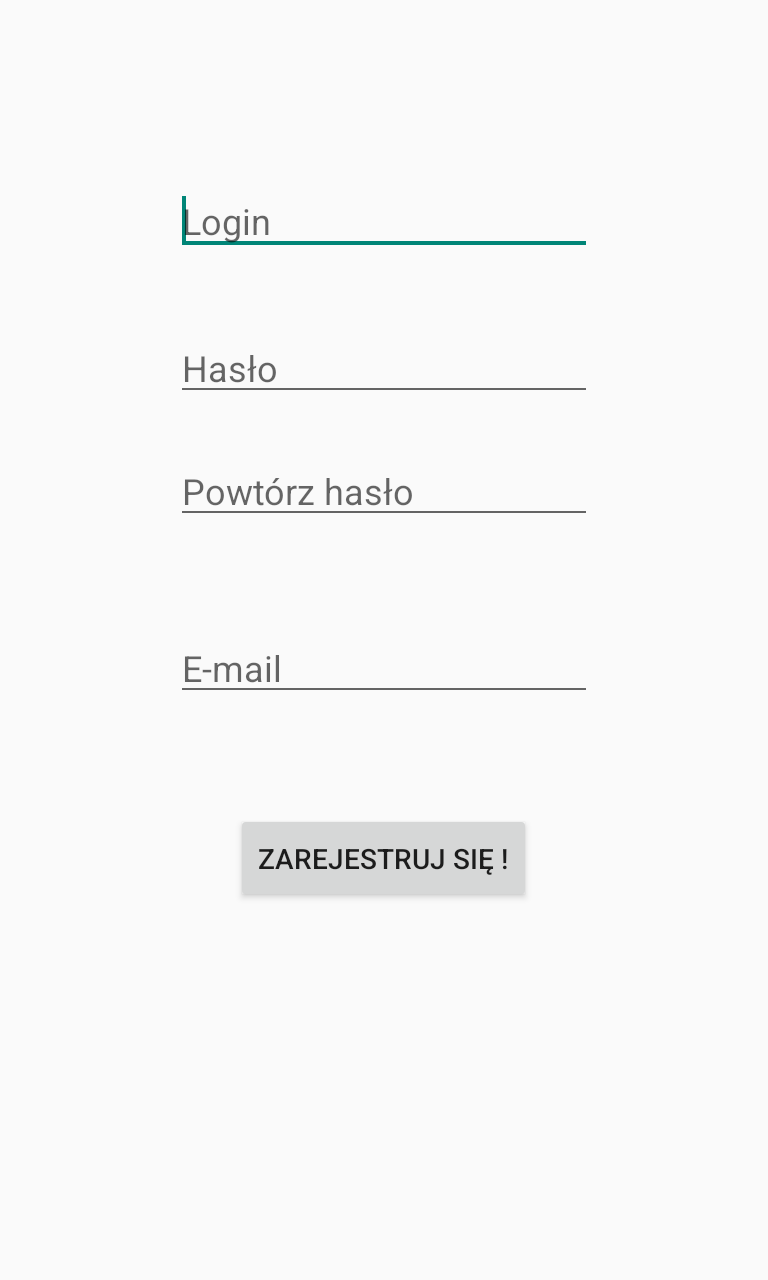
Repository: Radioaktywny/MaciekJava
Layout: ZnajdzTo/res/layout/activity_druga_aktywnosc.xml
The author's editor kept a copy of each file at every save. The layout is drawn from the files as they stood at one save, then again after the next save.
It is drawn on a 768 x 1280 px phone screen (xhdpi) without system bars, with theme AppTheme; the app's code is not run.

Above is the layout before, as saved 2015-10-16 13:30:46.

After the next save:
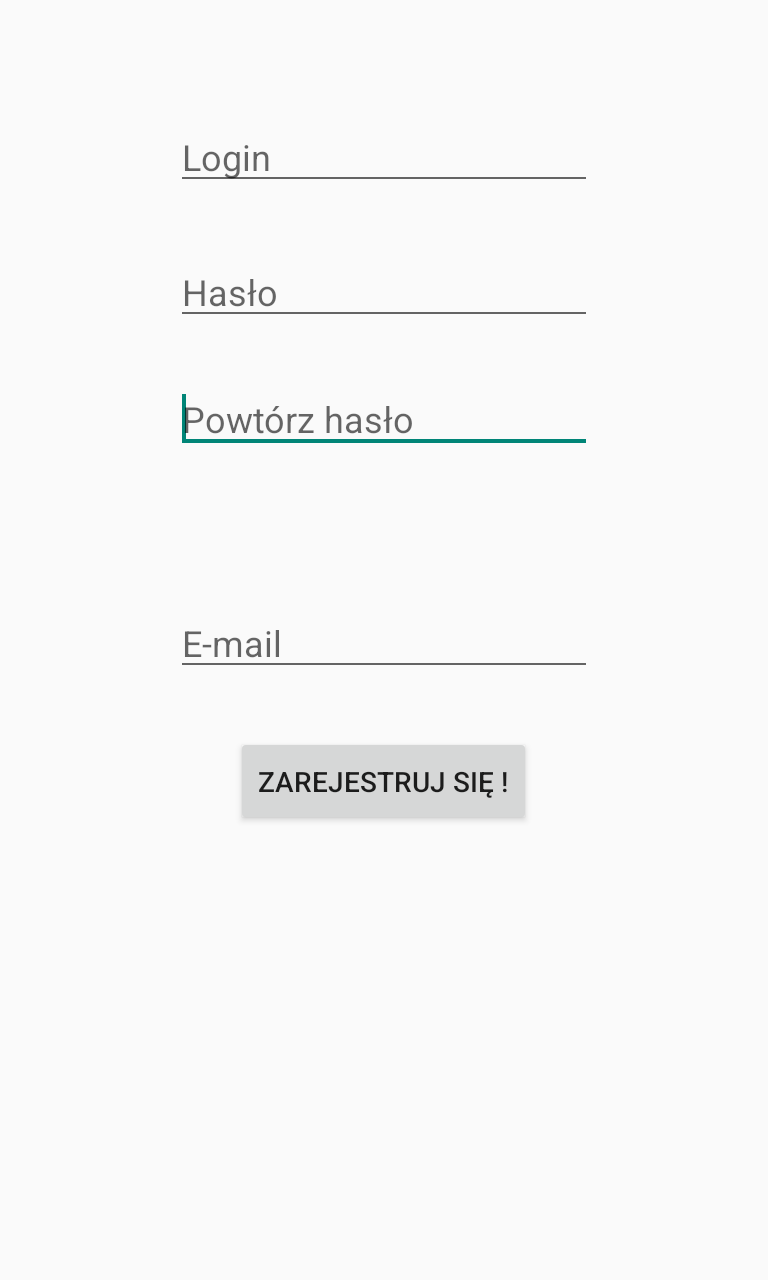
Saved 3 min 34 s later.
--- a/ZnajdzTo/res/layout/activity_druga_aktywnosc.xml
+++ b/ZnajdzTo/res/layout/activity_druga_aktywnosc.xml
@@ -14,12 +14,20 @@
         android:layout_height="wrap_content"
         android:layout_alignParentTop="true"
         android:layout_centerHorizontal="true"
-        android:layout_marginTop="72dp"
+        android:layout_marginTop="40dp"
         android:ems="10"
-        android:hint="@string/login" >
+        android:hint="@string/login" />
 
-        <requestFocus />
-    </EditText>
+    <EditText
+        android:id="@+id/editText2"
+        android:layout_width="wrap_content"
+        android:layout_height="wrap_content"
+        android:layout_alignLeft="@+id/editText1"
+        android:layout_below="@+id/editText1"
+        android:layout_marginTop="26dp"
+        android:ems="10"
+        android:hint="@string/haslo"
+        android:inputType="textPassword" />
 
     <EditText
         android:id="@+id/editText4"
@@ -27,31 +35,22 @@
         android:layout_height="wrap_content"
         android:layout_below="@+id/editText2"
         android:layout_centerHorizontal="true"
-        android:layout_marginTop="20dp"
+        android:layout_marginTop="22dp"
         android:ems="10"
         android:hint="@string/powtorzhaslo"
-        android:inputType="textPassword" />
+        android:inputType="textPassword" >
+
+        <requestFocus />
+    </EditText>
 
     <EditText
         android:id="@+id/editText3"
         android:layout_width="wrap_content"
         android:layout_height="wrap_content"
-        android:layout_alignRight="@+id/editText4"
-        android:layout_below="@+id/editText4"
-        android:layout_marginTop="47dp"
+        android:layout_alignLeft="@+id/editText2"
+        android:layout_centerVertical="true"
         android:ems="10"
         android:hint="@string/email" />
-
-    <EditText
-        android:id="@+id/editText2"
-        android:layout_width="wrap_content"
-        android:layout_height="wrap_content"
-        android:layout_alignLeft="@+id/editText4"
-        android:layout_below="@+id/editText1"
-        android:layout_marginTop="32dp"
-        android:ems="10"
-        android:hint="@string/haslo"
-        android:inputType="textPassword" />
 
     <Button
         android:id="@+id/button1"
@@ -59,7 +58,7 @@
         android:layout_height="wrap_content"
         android:layout_below="@+id/editText3"
         android:layout_centerHorizontal="true"
-        android:layout_marginTop="52dp"
+        android:layout_marginTop="26dp"
         android:hint="@string/rejestracja"
         android:text="@string/rejestracja" />
 
